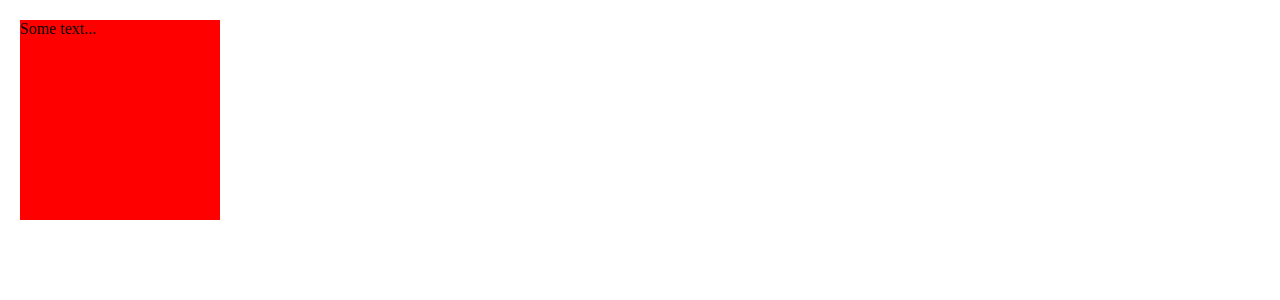
Repository: kamilluc/advanced-css-course
Page: Natours/my-implementation/index.html
An editor plug-in stored every save of this project. The page is shown before and after the next save, followed by the edit.
The browser window is 1280 px wide. The pictures show the whole page.

Above is the page before, as saved 2019-05-24 20:35:02.

After the next save:
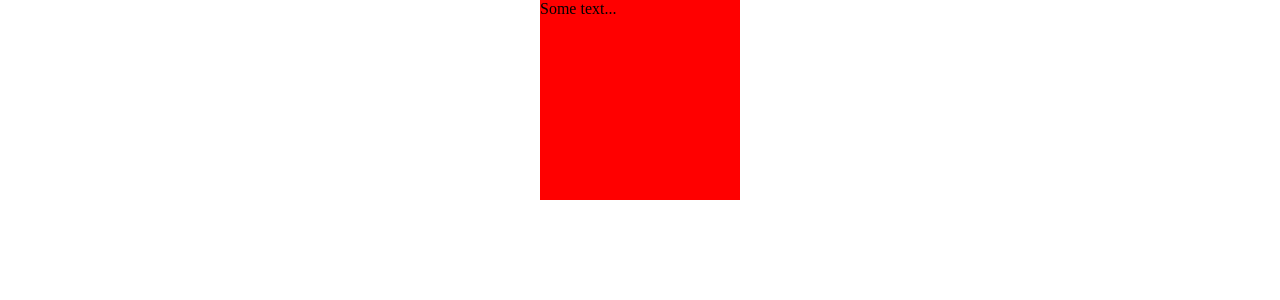
Saved 6 s later.
--- a/Natours/my-implementation/css/style.css
+++ b/Natours/my-implementation/css/style.css
@@ -19,5 +19,5 @@ Dark green: #28b485
   height: 200px;
   width: 200px;
   background-color: red;
-  margin: 20px;
+  margin: 0 auto;
 }
